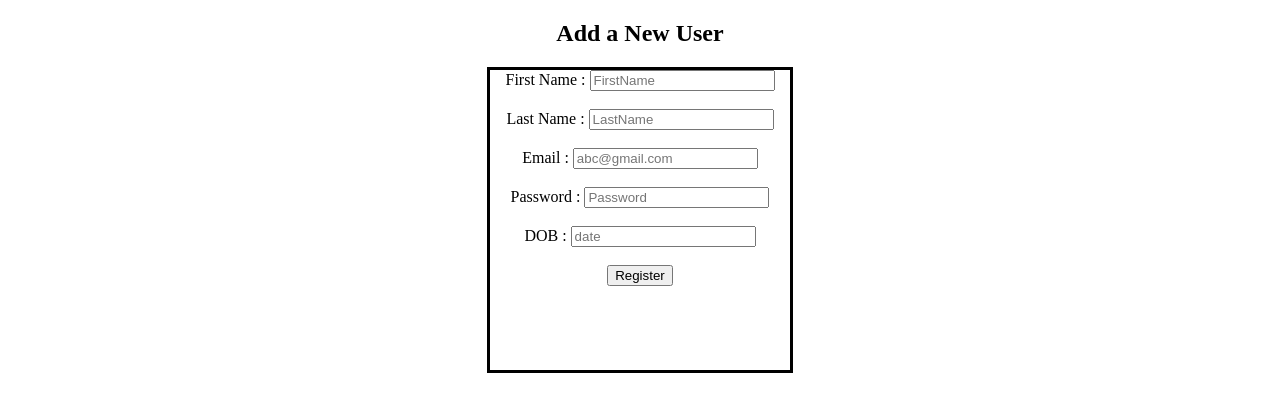
Repository: KD3-86718-yagywalky/Advance-java
Page: http://localhost/Assignment04/newuser.jsp
These files come from the project's save history. The page is drawn as it stood at one moment and after the next save; the edit follows.
The browser window is 1280 px wide. The pictures show the whole page.
The page is served by Tomcat 9. Other server files are loaded and not shown.

Above is the page before, as saved 2024-12-05 13:18:09.

### Assignment_04/Assignment04/src/main/webapp/newuser.jsp
<%@ page language="java" contentType="text/html; charset=ISO-8859-1"
    pageEncoding="ISO-8859-1"%>
<!DOCTYPE html>
<html>
<head>
<meta charset="ISO-8859-1">
<title>Insert title here</title>
</head>
<body style="text-align: center;">

<h2>Add a New User </h2>
<center>
<div style="height: 300px; width: 300px; border: solid; align-self: center; margin: 10px" >

<form action="register.jsp" method="post">
First Name : <input type="text" name="fname" placeholder="FirstName"> <br/><br/>
Last Name : <input type="text" name="lname" placeholder="LastName"> <br/><br/>
Email : <input type="email" name="email" placeholder="abc@gmail.com"> <br/><br/>
Password : <input type="password" name="passwd" placeholder="Password"> <br/><br/>
DOB : <input type="text" name="date" placeholder="date"> <br/><br/>
<input type="submit" value="Register"> <br/><br/>
</form>
</div>

</body>
</html>

After the next save:
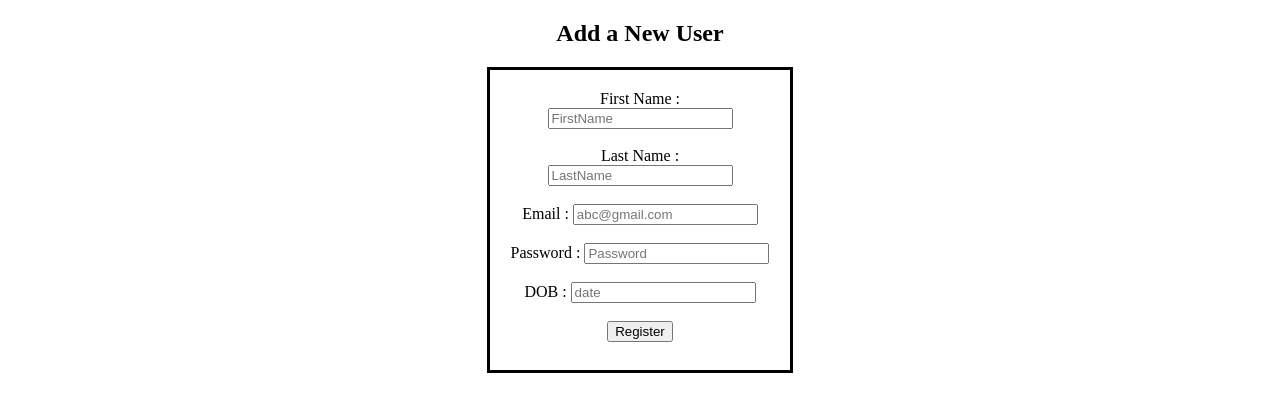
Saved 27 s later.
--- a/Assignment_04/Assignment04/src/main/webapp/newuser.jsp
+++ b/Assignment_04/Assignment04/src/main/webapp/newuser.jsp
@@ -13,12 +13,14 @@
 <div style="height: 300px; width: 300px; border: solid; align-self: center; margin: 10px" >
 
 <form action="register.jsp" method="post">
+<p style="margin: 20px;">
 First Name : <input type="text" name="fname" placeholder="FirstName"> <br/><br/>
 Last Name : <input type="text" name="lname" placeholder="LastName"> <br/><br/>
 Email : <input type="email" name="email" placeholder="abc@gmail.com"> <br/><br/>
 Password : <input type="password" name="passwd" placeholder="Password"> <br/><br/>
 DOB : <input type="text" name="date" placeholder="date"> <br/><br/>
 <input type="submit" value="Register"> <br/><br/>
+</p >
 </form>
 </div>
 
